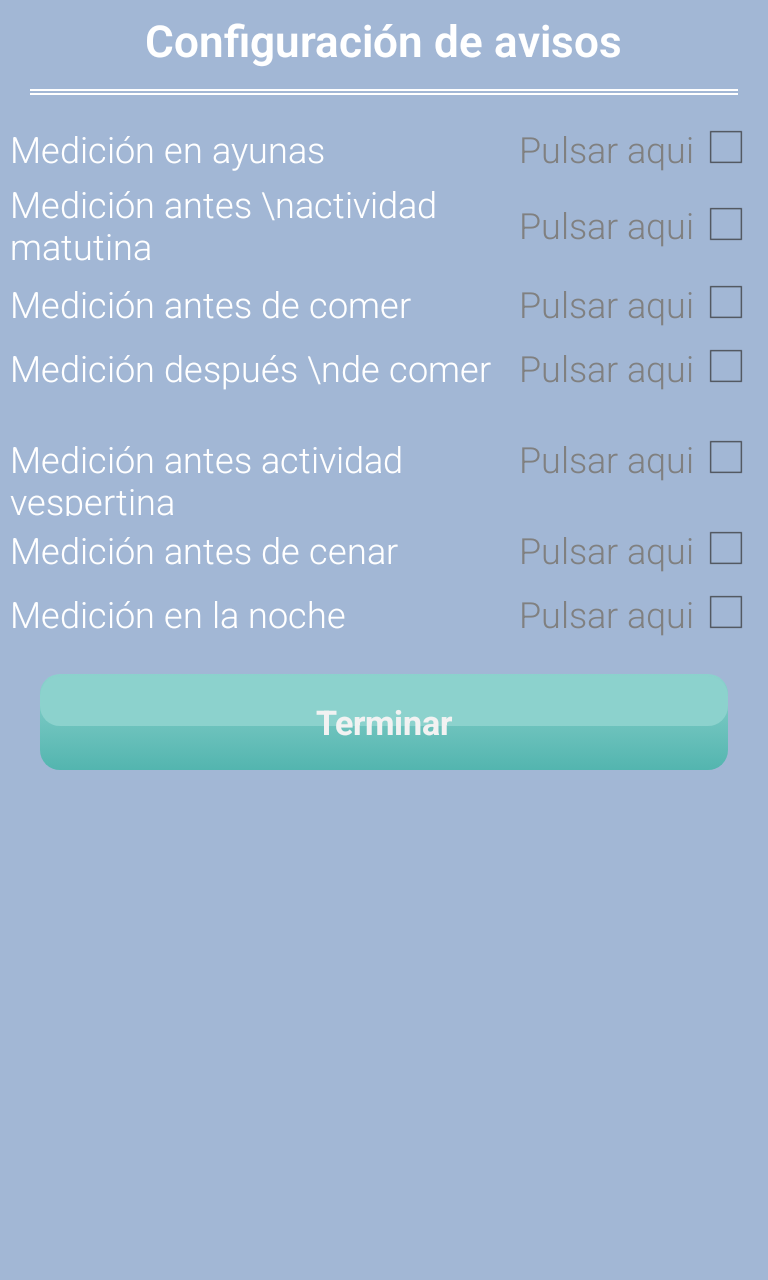
Repository: HectorGarciaMiguel/ssii-diabetes-060036
Layout: SeguimientoDiabetes/res/layout/activity_configuracion4.xml
An editor plug-in stored every save of this project. The layout is shown before and after the next save, followed by the edit.
It is drawn on a 768 x 1280 px phone screen (xhdpi) without system bars, with theme AppTheme; the app's code is not run.

Above is the layout before, as saved 2015-11-20 10:07:39.

### SeguimientoDiabetes/res/layout/activity_configuracion4.xml
<ScrollView xmlns:android="http://schemas.android.com/apk/res/android"
    xmlns:tools="http://schemas.android.com/tools"
    android:layout_width="fill_parent"
    android:layout_height="fill_parent"
    android:orientation="vertical">

    <LinearLayout
    	android:layout_width="fill_parent"
    	android:layout_height="fill_parent"
    	android:orientation="vertical"
    	android:layout_margin="5dp"
    	tools:context=".Configuracion4Activity" >

    <LinearLayout
        android:layout_width="fill_parent"
        android:layout_height="wrap_content"
        android:orientation="horizontal"
        android:gravity="center">

        <TextView
            android:id="@+id/textView1"
            android:layout_width="wrap_content"
            android:layout_height="wrap_content"
            android:text="Configuración de avisos"
            style="@style/RobotoStyleTextViewNegrita" />

    </LinearLayout>

          <View
              android:layout_width="wrap_content"
              android:layout_height="1dp"
              android:layout_marginBottom="1dp"
              android:layout_marginLeft="10dp"
              android:layout_marginRight="10dp"
              android:layout_marginTop="10dp"
              android:background="#FFFFFF" />

          <View
              android:layout_width="wrap_content"
              android:layout_height="1dp"
              android:layout_marginBottom="10dp"
              android:layout_marginLeft="10dp"
              android:layout_marginRight="10dp"
              android:background="#FFFFFF" />

 <TableLayout
        android:shrinkColumns="0"
        android:layout_width="wrap_content"
        android:layout_height="wrap_content"
        android:dividerPadding="7dp" >

    <TableRow
        android:layout_width="fill_parent"
        android:layout_height="wrap_content"
        android:layout_gravity="center">

        <TextView
            android:id="@+id/TextView06"
            android:layout_width="wrap_content"
            android:layout_height="wrap_content"
            android:text="Medición en ayunas" />

        <TextView
            android:id="@+id/TextView1"
            android:layout_width="wrap_content"
            android:layout_height="wrap_content"
            android:hint="Pulsar aqui"
            android:inputType="time" />

        <CheckBox
            android:id="@+id/CheckBox06"
            android:layout_width="wrap_content"
            android:layout_height="wrap_content" />
    </TableRow>

    <TableRow
        android:layout_width="fill_parent"
        android:layout_height="wrap_content"
        android:gravity="center" >

        <TextView
            android:id="@+id/TextView05"
            android:layout_width="wrap_content"
            android:layout_height="wrap_content"
            android:text="Medición antes \nactividad matutina" />

        <TextView
            android:id="@+id/TextView2"
            android:layout_width="wrap_content"
            android:layout_height="wrap_content"
            android:hint="Pulsar aqui"
            android:inputType="time" />

        <CheckBox
            android:id="@+id/CheckBox05"
            android:layout_width="wrap_content"
            android:layout_height="wrap_content" />
    </TableRow>


    <TableRow
        android:layout_width="fill_parent"
        android:layout_height="wrap_content"
        android:layout_gravity="center" >

        <TextView
            android:id="@+id/TextView03"
            android:layout_width="wrap_content"
            android:layout_height="wrap_content"
            android:text="Medición antes de comer" />

       <TextView
           android:id="@+id/TextView3"
           android:layout_width="wrap_content"
           android:layout_height="wrap_content"
           android:hint="Pulsar aqui"
           android:inputType="time" />

        <CheckBox
            android:id="@+id/CheckBox03"
            android:layout_width="wrap_content"
            android:layout_height="wrap_content" />
    </TableRow>

    <TableRow
        android:layout_width="fill_parent"
        android:layout_height="wrap_content"
        android:layout_gravity="center" >

        <TextView
            android:id="@+id/TextView02"
            android:layout_width="wrap_content"
            android:layout_height="wrap_content"
            android:lines="2"
            android:text="Medición después \nde comer" />

        <TextView
            android:id="@+id/TextView4"
            android:layout_width="wrap_content"
            android:layout_height="wrap_content"
            android:hint="Pulsar aqui"
            android:inputType="time" />

        <CheckBox
            android:id="@+id/CheckBox02"
            android:layout_width="wrap_content"
            android:layout_height="wrap_content" />
    </TableRow>

    <TableRow
        android:layout_width="fill_parent"
        android:layout_height="wrap_content"
        android:layout_gravity="center" >

        <TextView
            android:id="@+id/TextView01"
            android:layout_width="wrap_content"
            android:layout_height="wrap_content"
            android:lines="2"
            android:text="Medición antes actividad vespertina" />

        <TextView
            android:id="@+id/TextView5"
            android:layout_width="wrap_content"
            android:layout_height="wrap_content"
            android:hint="Pulsar aqui"
            android:inputType="time" />

        <CheckBox
            android:id="@+id/CheckBox01"
            android:layout_width="wrap_content"
            android:layout_height="wrap_content" />
    </TableRow>

    <TableRow
        android:layout_width="fill_parent"
        android:layout_height="wrap_content"
        android:layout_gravity="center">

        <TextView
            android:id="@+id/TextView07"
            android:layout_width="wrap_content"
            android:layout_height="wrap_content"
            android:text="Medición antes de cenar" />

        <TextView
            android:id="@+id/TextView6"
            android:layout_width="wrap_content"
            android:layout_height="wrap_content"
            android:hint="Pulsar aqui"
            android:inputType="time" />

        <CheckBox
            android:id="@+id/CheckBox07"
            android:layout_width="wrap_content"
            android:layout_height="wrap_content" />
    </TableRow>

    <TableRow
        android:layout_width="fill_parent"
        android:layout_height="wrap_content"
        android:layout_gravity="center" >

        <TextView
            android:id="@+id/TextView04"
            android:layout_width="wrap_content"
            android:layout_height="wrap_content"
            android:text="Medición en la noche" />

        <TextView
            android:id="@+id/TextView7"
            android:layout_width="wrap_content"
            android:layout_height="wrap_content"
            android:hint="Pulsar aqui"
            android:inputType="time" />

        <CheckBox
            android:id="@+id/CheckBox04"
            android:layout_width="wrap_content"
            android:layout_height="wrap_content" />

    </TableRow>
</TableLayout>

    <LinearLayout
        android:layout_width="fill_parent"
        android:layout_height="0dp"
        android:layout_weight="1">

        <Button
            android:id="@+id/button1"
            style="@style/Boton"
            android:background="@drawable/mibotonverde"
			android:layout_height="wrap_content"
            android:onClick="lanzarTerminar"
            android:text="Terminar" />

    </LinearLayout>

</LinearLayout>
</ScrollView>

### SeguimientoDiabetes/res/drawable/mibotonverde.xml
<?xml version="1.0" encoding="utf-8"?>
<selector xmlns:android="http://schemas.android.com/apk/res/android" >

 <item android:state_pressed="true">
     <layer-list >
       <item >
           <shape android:shape="rectangle">
            <gradient
  				  android:startColor="#104849"
                  android:endColor="#0B393A"
                  android:angle="-90"
                  android:type="linear"
                  />
            <corners android:radius="10dp" />
            </shape>
            </item>
            <item android:top="1dp" android:bottom="22dp" >
 	 <shape android:shape="rectangle">
  				<solid android:color="#104849"/>
              <corners android:radius="10dp" />

            </shape>
      </item>
      </layer-list>
  </item>




<item android:state_focused="true">
     <layer-list >
       <item >
           <shape android:shape="rectangle">
            <gradient
  				  android:startColor="#104849"
                  android:endColor="#0B393A"
                  android:angle="-90"
                  android:type="linear"
                  />
            <corners android:radius="10dp" />
            </shape>
            </item>
            <item android:top="1dp" android:bottom="50px" >
  <shape android:shape="rectangle">
  <solid android:color="#104849"/>
              <corners android:radius="10dp" />

            </shape>
      </item>
      </layer-list>
  </item>







 <item>
     <layer-list >
       <item >
           <shape android:shape="rectangle">
            <gradient
  				  android:startColor="#8CD2CD"
                  android:endColor="#53B5AF"
                  android:angle="-90"
                  android:type="linear"
                  />
			<corners android:radius="10dp" />
			</shape>
        </item>
        <item android:top="1dp" android:bottom="22dp" >
  			<shape android:shape="rectangle">
  			<solid android:color="#8CD2CD"/>
       			<corners android:radius="10dp" />
           </shape>
      </item>
      </layer-list>
  </item>
</selector>

Loaded but not shown: SeguimientoDiabetes/res/values/styles.xml (common file); SeguimientoDiabetes/res/values-v11/styles.xml (common file); SeguimientoDiabetes/res/values-v14/styles.xml (common file)

After the next save:
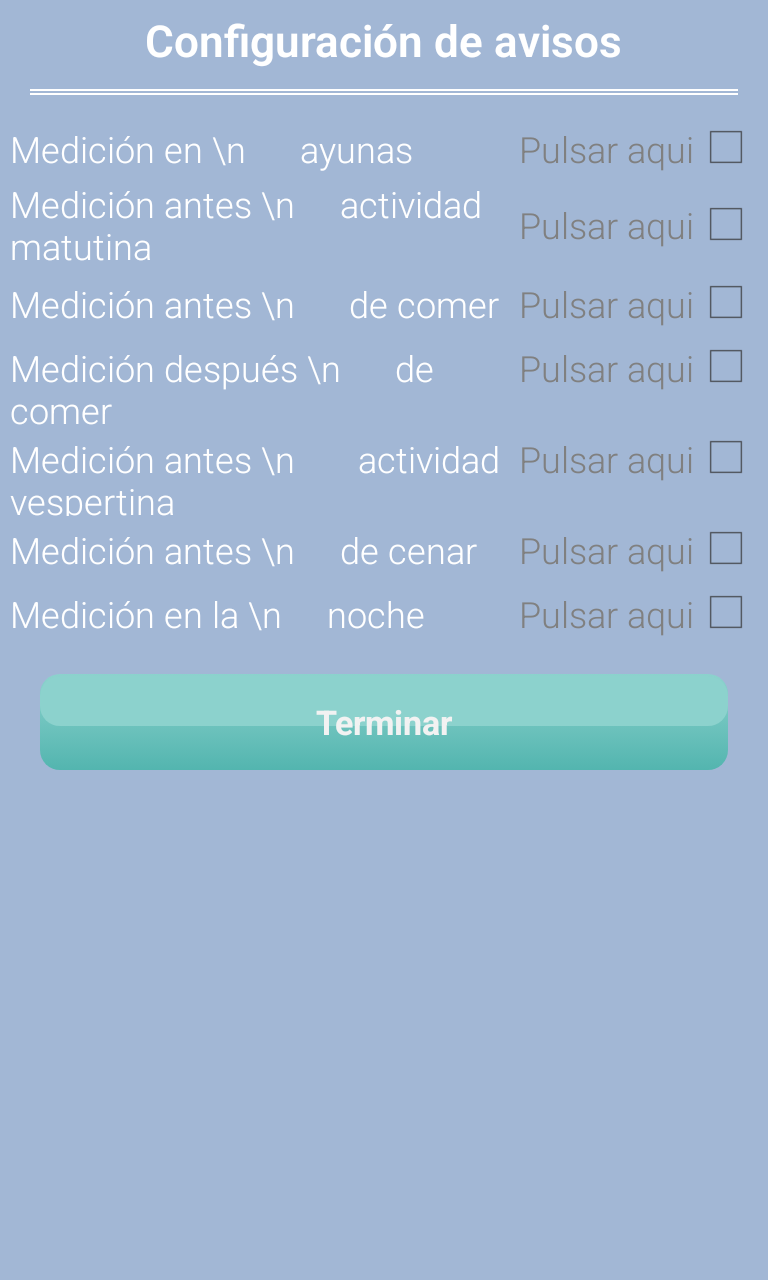
Saved 2 min 34 s later.
--- a/SeguimientoDiabetes/res/layout/activity_configuracion4.xml
+++ b/SeguimientoDiabetes/res/layout/activity_configuracion4.xml
@@ -58,7 +58,7 @@
             android:id="@+id/TextView06"
             android:layout_width="wrap_content"
             android:layout_height="wrap_content"
-            android:text="Medición en ayunas" />
+            android:text="Medición en \n      ayunas" />
 
         <TextView
             android:id="@+id/TextView1"
@@ -82,7 +82,7 @@
             android:id="@+id/TextView05"
             android:layout_width="wrap_content"
             android:layout_height="wrap_content"
-            android:text="Medición antes \nactividad matutina" />
+            android:text="Medición antes \n     actividad matutina" />
 
         <TextView
             android:id="@+id/TextView2"
@@ -107,7 +107,7 @@
             android:id="@+id/TextView03"
             android:layout_width="wrap_content"
             android:layout_height="wrap_content"
-            android:text="Medición antes de comer" />
+            android:text="Medición antes \n      de comer" />
 
        <TextView
            android:id="@+id/TextView3"
@@ -132,7 +132,7 @@
             android:layout_width="wrap_content"
             android:layout_height="wrap_content"
             android:lines="2"
-            android:text="Medición después \nde comer" />
+            android:text="Medición después \n      de comer" />
 
         <TextView
             android:id="@+id/TextView4"
@@ -157,7 +157,7 @@
             android:layout_width="wrap_content"
             android:layout_height="wrap_content"
             android:lines="2"
-            android:text="Medición antes actividad vespertina" />
+            android:text="Medición antes \n       actividad vespertina" />
 
         <TextView
             android:id="@+id/TextView5"
@@ -181,7 +181,7 @@
             android:id="@+id/TextView07"
             android:layout_width="wrap_content"
             android:layout_height="wrap_content"
-            android:text="Medición antes de cenar" />
+            android:text="Medición antes \n     de cenar" />
 
         <TextView
             android:id="@+id/TextView6"
@@ -205,7 +205,7 @@
             android:id="@+id/TextView04"
             android:layout_width="wrap_content"
             android:layout_height="wrap_content"
-            android:text="Medición en la noche" />
+            android:text="Medición en la \n     noche" />
 
         <TextView
             android:id="@+id/TextView7"
